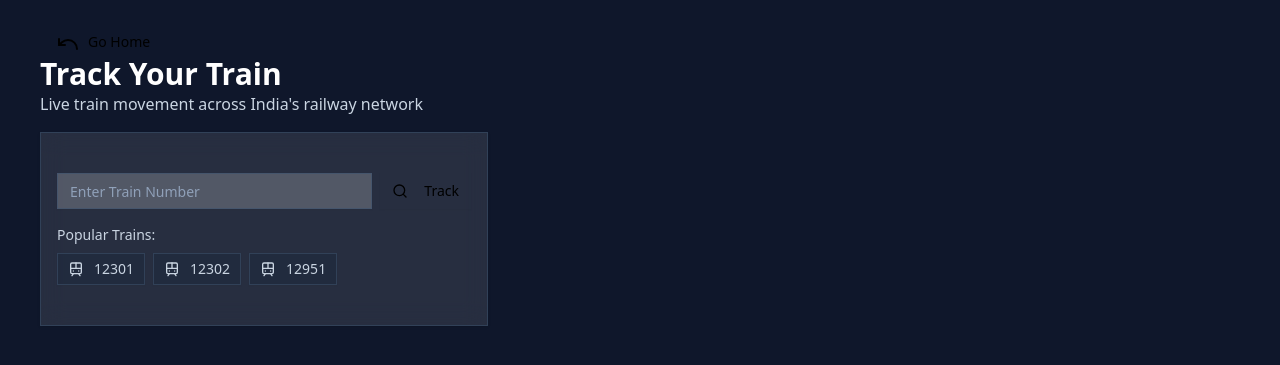
Repository: dhwanijain-dev/IRCTC
Page: /trackingtrain
An editor plug-in stored every save of this project. The page is shown before and after a run of saves, followed by the edit.
The browser window is 1280 px wide. The pictures show the whole page.
The project was rebuilt for these pictures with package versions that can differ from the ones it lists, and the page was loaded fresh each time. The framework's server and built-in components were replaced by stand-ins that run in the browser. Also part of the build but not shown: next.config.js, src/components/ui/badge.tsx, src/components/train-status-panel.tsx.

Above is the page before, as saved 2025-03-23 22:36:49.

After the next 2 saves:
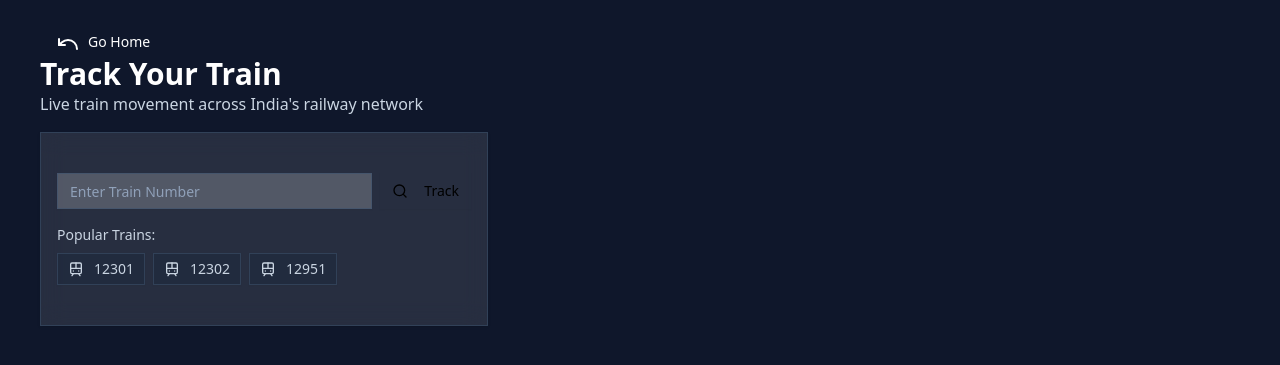
The 2 saves are shown as one change because they came seconds apart.
The last was saved 8 s later.
--- a/src/app/trackingtrain/page.tsx
+++ b/src/app/trackingtrain/page.tsx
@@ -303,7 +303,7 @@ export default function TrackYourTrainPage() {
                 <div className="container mx-auto h-full flex flex-col">
                     {/* Header */}
                     <div className="pt-8 pb-4 pointer-events-auto">
-                        <Link className="ml-4 text-sm font-light flex gap-2" href="/"><Undo /> Go Home</Link>
+                        <Link className="ml-4 text-white text-sm font-light flex gap-2" href="/"><Undo /> Go Home</Link>
                         <h1 className="text-3xl font-bold text-white">Track Your Train  </h1>
                         <p className="text-slate-300">Live train movement across India's railway network</p>
                     </div>
